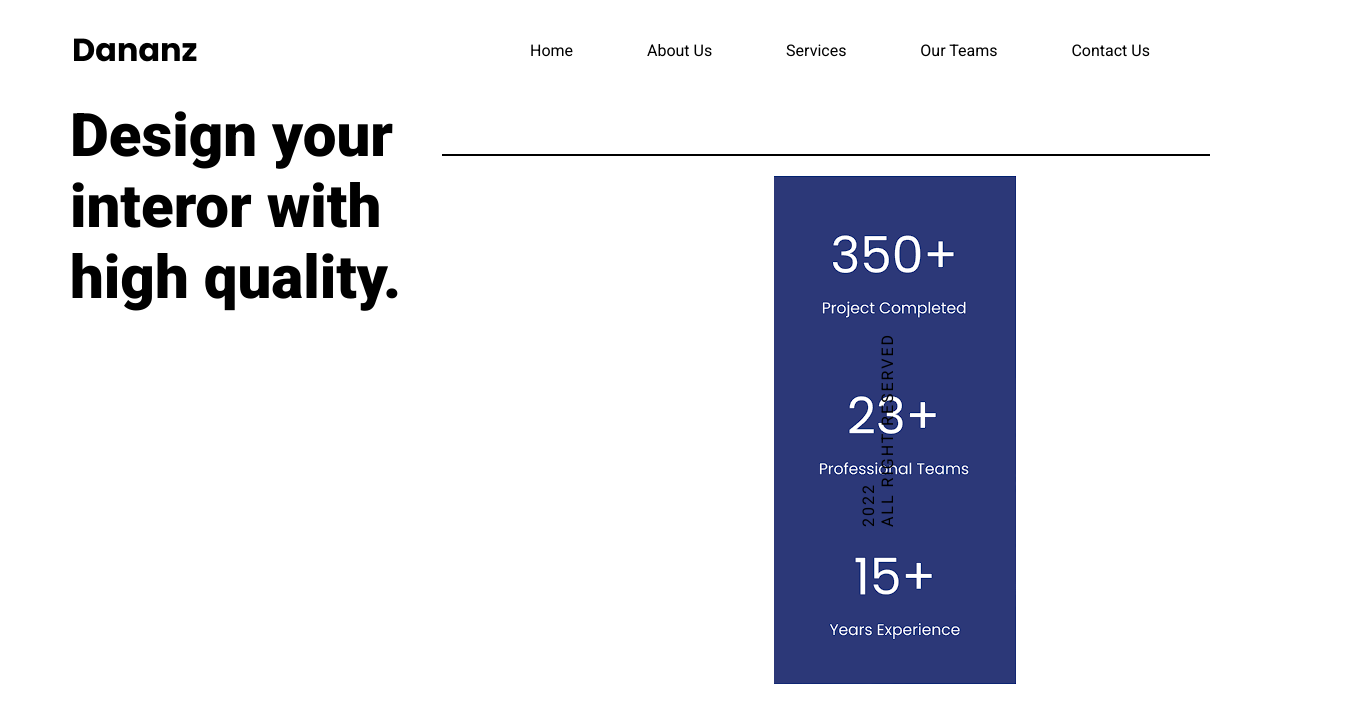
Repository: AsadKasimov/disain
Page: index.html
The author's editor kept a copy of each file at every save. The page is drawn from the files as they stood at one save, then again after the next save.
The browser window is 1280 px wide. The page is 1367 px wide, then 1280 px, so the pictures cover 1367 px, including what lies to the right of the window. The pictures show the whole page.

Above is the page before, as saved 2023-04-20 12:49:00.

After the next save:
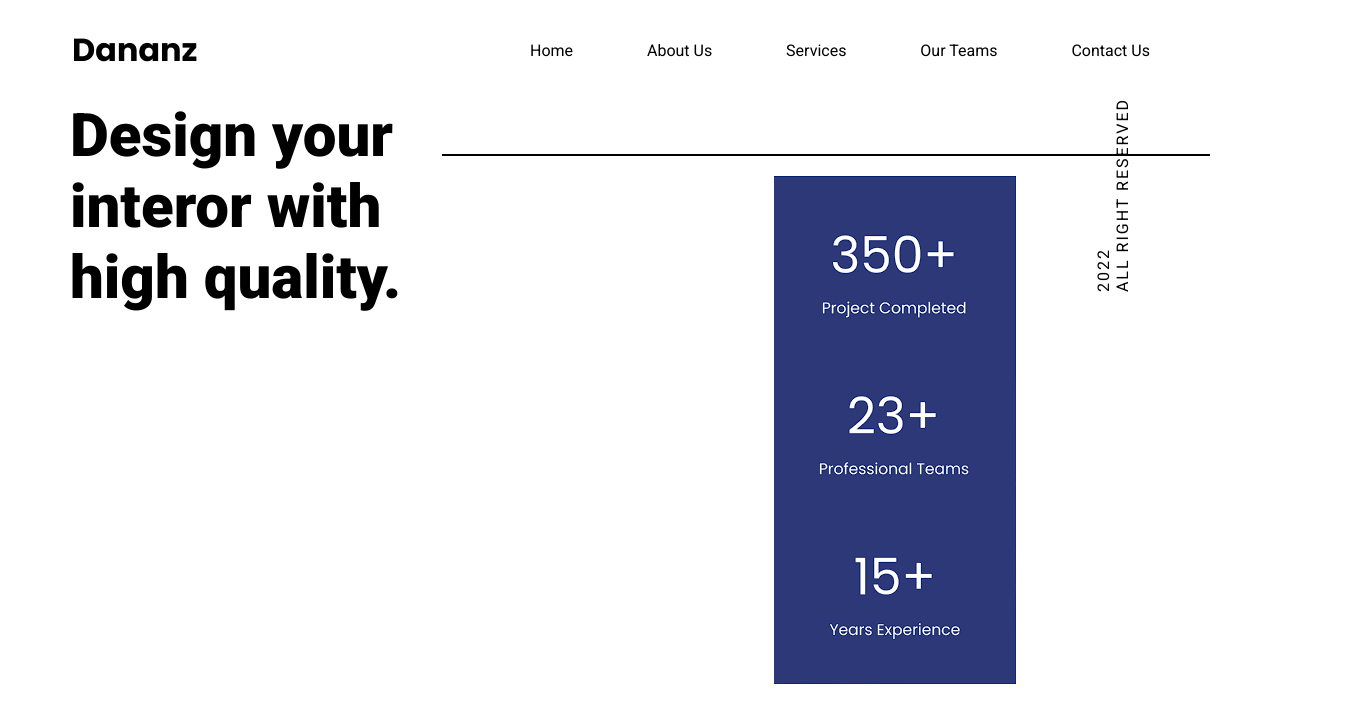
Saved 17 s later.
--- a/style.css
+++ b/style.css
@@ -151,7 +151,7 @@ hr.text-line-l{
 
 }
 
-.img-t{
+.img-t p{
   text-transform: uppercase;
   letter-spacing: 2px;
   transform: rotate(-90deg);
